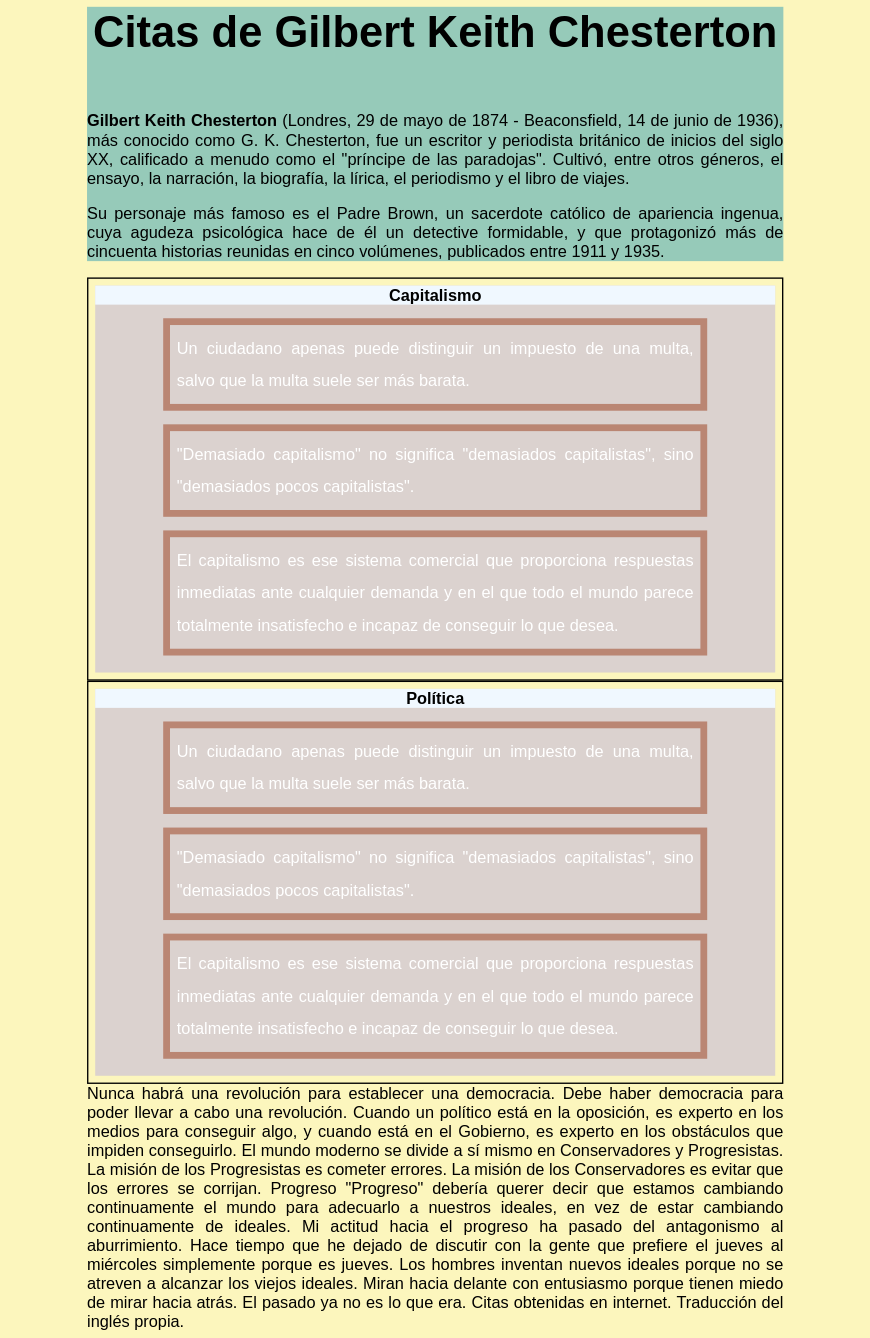
Repository: EmilyMachuca-Developer/Advanced-Programming-Projects
Page: index.html
These files come from the project's save history. The page is drawn as it stood at one moment and after the next save; the edit follows.
The browser window is 1280 px wide. The pictures show the whole page, at 68% of full size.

Above is the page before, as saved 2024-02-26 20:39:24.

After the next save:
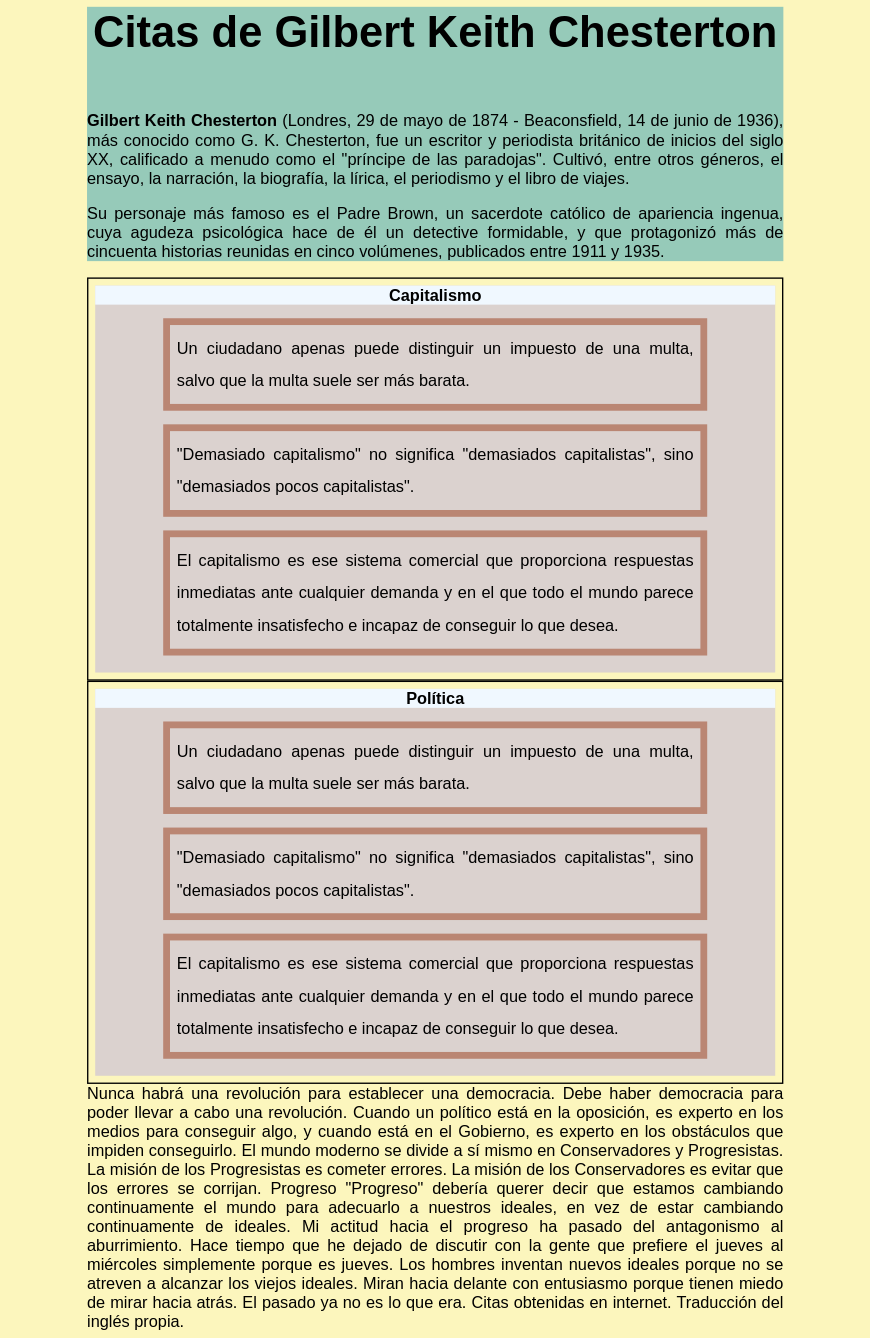
Saved 11 s later.
--- a/Taller 2/css/style.css
+++ b/Taller 2/css/style.css
@@ -43,7 +43,7 @@ body {
     border: hwb(16 45% 27%)10px solid;
     margin: 20px 10%;
     padding: 10px;
-    color: white;
+    color: rgb(0, 0, 0);
     line-height: 200%;
   }
 
